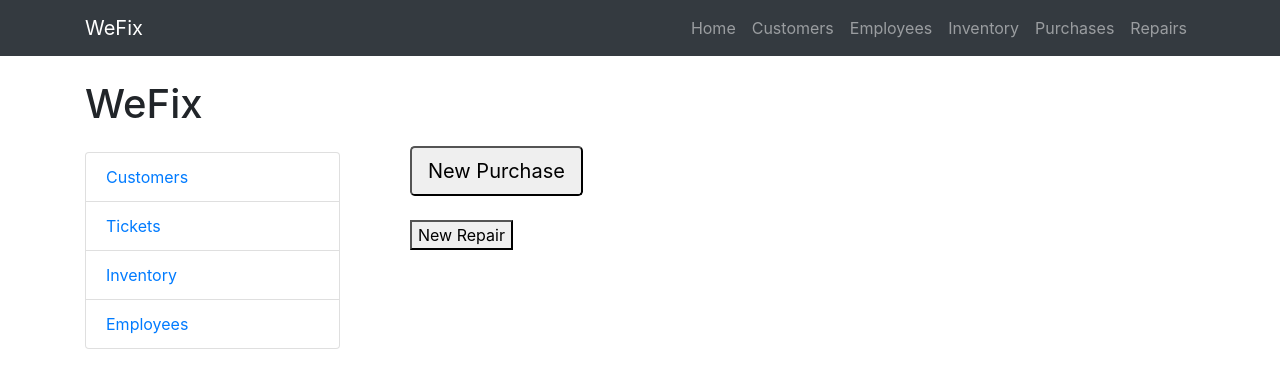
Repository: Map2g/WeFixPOS
Page: http://localhost/pages/index.php
The author's editor kept a record of every edit. The page is drawn from the files as they stood at one moment, then again after the next edit.
The browser window is 1280 px wide. The pictures show the whole page.
The page is run by PHP 8.4 with error messages shown; the project is at /var/www/html/.

Above is the page before.

After the next edit:
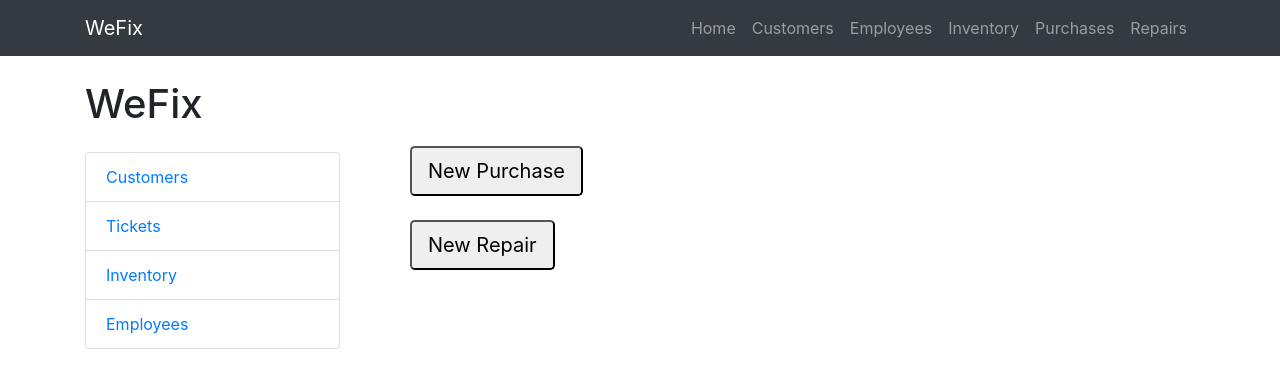
The edit:
--- a/pages/index.php
+++ b/pages/index.php
@@ -29,7 +29,7 @@
         <!-- /.row -->
         <div class="row">
           <div class="col-lg-4 col-md-6 mb-4" style="top:90px; left:40px;">
-            <a href="AddRepairFormGeneral.php"><button class="button">New Repair</button></a>
+            <a href="AddRepairFormGeneral.php"><button class="btn-lg">New Repair</button></a>
           </div>
         </div>
 
